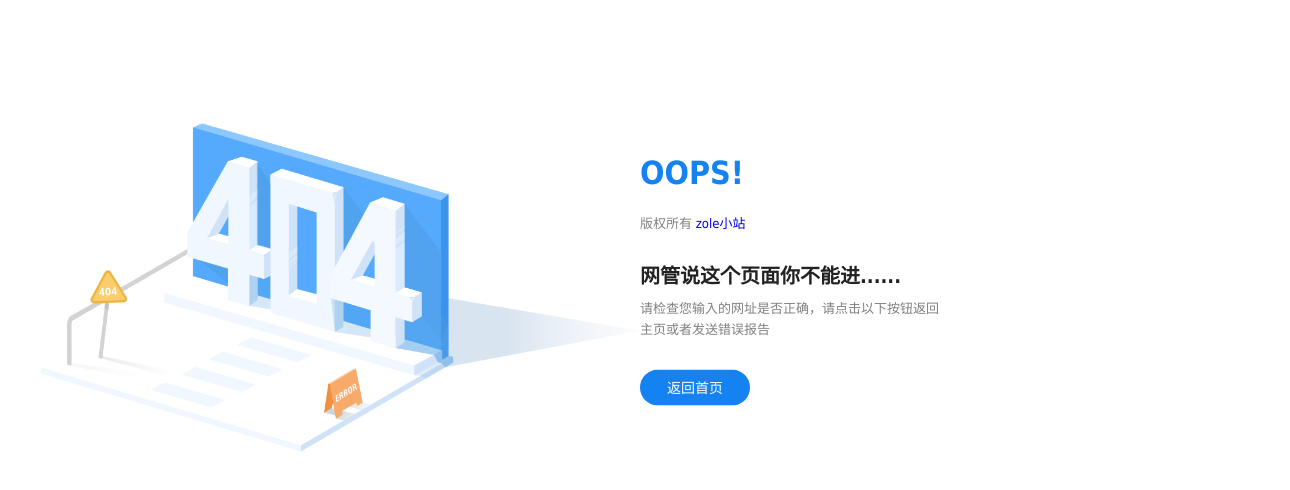
Repository: zoley/take-out-food
Page: /404
An editor plug-in stored every save of this project. The page is shown before and after the next save, followed by the edit.
The browser window is 1280 px wide. The page is 1290 px wide, so the pictures cover 1290 px, including what lies to the right of the window. The pictures show the whole page.
The project was rebuilt for these pictures with package versions that can differ from the ones it lists, and the page was loaded fresh each time. Also part of the build but not shown: vue.config.js, src/views/layout/index.vue, src/views/goods/index.vue, src/assets/css/base.css.

Above is the page before, as saved 2019-11-03 00:07:42.

### public/index.html
<!DOCTYPE html>
<html lang="en">
  <head>
    <meta charset="utf-8">
    <meta http-equiv="X-UA-Compatible" content="IE=edge">
    <meta name="viewport" content="width=device-width,initial-scale=1.0">
    <link rel="icon" href="<%= BASE_URL %>favicon.ico">
    <title>take-out-food</title>
  </head>
  <body>
    <noscript>
      <strong>We're sorry but take-out-food doesn't work properly without JavaScript enabled. Please enable it to continue.</strong>
    </noscript>
    <div id="app"></div>
    <!-- built files will be auto injected -->
  </body>
</html>

### src/main.js
import Vue from 'vue'
import App from './App.vue'
import './registerServiceWorker'
import router from './router'
import store from './store'

import './assets/css/reset.css' //格式化样式
import './assets/css/base.css' //全局样式

Vue.config.productionTip = false

new Vue({
  router,
  store,
  render: h => h(App)
}).$mount('#app')

### src/App.vue
<template>
  <div id="app">
    <router-view></router-view>
  </div>
</template>
<script>
export default{
}
</script>
<style scoped lang="scss">

</style>

### src/router/index.js
import Vue from 'vue'
import VueRouter from 'vue-router'
import Layout from '../views/layout/index'
import Goods from '../views/goods/index'

Vue.use(VueRouter)

const routes = [
  {
    path: '/404',
    component: () => import('../views/errorPage/404'),
    hidden: true
  },
  {
    path: '/',
    redirect:'/goods',
    component: Layout,
    children:[
      {
        path: '/goods',
        name: 'goods',
        component: Goods,
      },
      {
        path: '/ratings',
        name: 'ratings',
        component: () => import('../views/ratings/index')
      },
      {
        path: '/seller',
        name: 'seller',
        component: () => import('../views/seller/index')
      },
    ]
  },
  { path: '*', redirect: '/404', hidden: true }
]

const router = new VueRouter({
  mode: 'history',
  base: process.env.BASE_URL,
  routes
})

export default router

### src/assets/css/reset.css
/*---格式化-reset----*/
body,h1,h2,h3,h4,h5,h6,hr,p,blockquote,dl,dt,dd,ul,ol,li,pre,fieldset,lengend,button,input,textarea,th,td{margin:0;padding:0}
body,button,input,select,textarea{font:12px/1 'Microsoft Yahei',Tahoma,Helvetica,Arial,"\5b8b\4f53",sans-serif}
h1{font-size:18px}
h2{font-size:16px}
h3{font-size:14px}
h4,h5,h6{font-size:100%}
address,cite,dfn,em,var{font-style:normal}
code,kbd,pre,samp,tt{font-family:"Courier New",Courier,monospace}
small{font-size:12px}
ul,ol{list-style:none}
a{text-decoration:none}
a:hover{text-decoration:underline}
abbr[title],acronym[title]{border-bottom:1px dotted;cursor:help}
q:before,q:after{content:''}
legend{color:#000}
fieldset,img{border:none}
button,input,select,textarea{font-size:100%}
table{border-collapse:collapse;border-spacing:0}
hr{border:none;height:1px}
html{overflow-y:scroll}

### src/views/errorPage/404.vue
<template>
  <div class="wscn-http404-container">
    <div class="wscn-http404">
      <div class="pic-404">
        <img class="pic-404__parent" src="@/assets/404_images/404.png" alt="404">
        <img class="pic-404__child left" src="@/assets/404_images/404_cloud.png" alt="404">
        <img class="pic-404__child mid" src="@/assets/404_images/404_cloud.png" alt="404">
        <img class="pic-404__child right" src="@/assets//404_images/404_cloud.png" alt="404">
      </div>
      <div class="bullshit">
        <div class="bullshit__oops">OOPS!</div>
        <div class="bullshit__info">版权所有
          <a class="link-type" href="http://zoley.me/blog.php" target="_blank">zole小站</a>
        </div>
        <div class="bullshit__headline">{{ message }}</div>
        <div class="bullshit__info">请检查您输入的网址是否正确，请点击以下按钮返回主页或者发送错误报告</div>
        <router-link to="/" class="bullshit__return-home">返回首页</router-link>
      </div>
    </div>
  </div>
</template>

<script>

export default {
  name: 'Page404',
  computed: {
    message() {
      return '网管说这个页面你不能进......'
    }
  }
}
</script>

<style rel="stylesheet/scss" lang="scss" scoped>
.wscn-http404-container{
  transform: translate(-50%,-50%);
  position: absolute;
  top: 40%;
  left: 50%;
}
.wscn-http404 {
  position: relative;
  width: 1200px;
  padding: 0 50px;
  overflow: hidden;
  .pic-404 {
    position: relative;
    float: left;
    width: 600px;
    overflow: hidden;
    &__parent {
      width: 100%;
    }
    &__child {
      position: absolute;
      &.left {
        width: 80px;
        top: 17px;
        left: 220px;
        opacity: 0;
        animation-name: cloudLeft;
        animation-duration: 2s;
        animation-timing-function: linear;
        animation-fill-mode: forwards;
        animation-delay: 1s;
      }
      &.mid {
        width: 46px;
        top: 10px;
        left: 420px;
        opacity: 0;
        animation-name: cloudMid;
        animation-duration: 2s;
        animation-timing-function: linear;
        animation-fill-mode: forwards;
        animation-delay: 1.2s;
      }
      &.right {
        width: 62px;
        top: 100px;
        left: 500px;
        opacity: 0;
        animation-name: cloudRight;
        animation-duration: 2s;
        animation-timing-function: linear;
        animation-fill-mode: forwards;
        animation-delay: 1s;
      }
      @keyframes cloudLeft {
        0% {
          top: 17px;
          left: 220px;
          opacity: 0;
        }
        20% {
          top: 33px;
          left: 188px;
          opacity: 1;
        }
        80% {
          top: 81px;
          left: 92px;
          opacity: 1;
        }
        100% {
          top: 97px;
          left: 60px;
          opacity: 0;
        }
      }
      @keyframes cloudMid {
        0% {
          top: 10px;
          left: 420px;
          opacity: 0;
        }
        20% {
          top: 40px;
          left: 360px;
          opacity: 1;
        }
        70% {
          top: 130px;
          left: 180px;
          opacity: 1;
        }
        100% {
          top: 160px;
          left: 120px;
          opacity: 0;
        }
      }
      @keyframes cloudRight {
        0% {
          top: 100px;
          left: 500px;
          opacity: 0;
        }
        20% {
          top: 120px;
          left: 460px;
          opacity: 1;
        }
        80% {
          top: 180px;
          left: 340px;
          opacity: 1;
        }
        100% {
          top: 200px;
          left: 300px;
          opacity: 0;
        }
      }
    }
  }
  .bullshit {
    position: relative;
    float: left;
    width: 300px;
    padding: 30px 0;
    overflow: hidden;
    &__oops {
      font-size: 32px;
      font-weight: bold;
      line-height: 40px;
      color: #1482f0;
      opacity: 0;
      margin-bottom: 20px;
      animation-name: slideUp;
      animation-duration: 0.5s;
      animation-fill-mode: forwards;
    }
    &__headline {
      font-size: 20px;
      line-height: 24px;
      color: #222;
      font-weight: bold;
      opacity: 0;
      margin-bottom: 10px;
      animation-name: slideUp;
      animation-duration: 0.5s;
      animation-delay: 0.1s;
      animation-fill-mode: forwards;
    }
    &__info {
      font-size: 13px;
      line-height: 21px;
      color: grey;
      opacity: 0;
      margin-bottom: 30px;
      animation-name: slideUp;
      animation-duration: 0.5s;
      animation-delay: 0.2s;
      animation-fill-mode: forwards;
    }
    &__return-home {
      display: block;
      float: left;
      width: 110px;
      height: 36px;
      background: #1482f0;
      border-radius: 100px;
      text-align: center;
      color: #ffffff;
      opacity: 0;
      font-size: 14px;
      line-height: 36px;
      cursor: pointer;
      animation-name: slideUp;
      animation-duration: 0.5s;
      animation-delay: 0.3s;
      animation-fill-mode: forwards;
    }
    @keyframes slideUp {
      0% {
        transform: translateY(60px);
        opacity: 0;
      }
      100% {
        transform: translateY(0);
        opacity: 1;
      }
    }
  }
}
@media screen and (max-width: 768px){
  .wscn-http404{
    .pic-404__child{
      display: none;
    }
    .pic-404 {
      width:300px;
      margin:30px auto;
    }
  }
}
</style>

Loaded but not shown: src/registerServiceWorker.js (common file); src/store/index.js (common file)

After the next save:
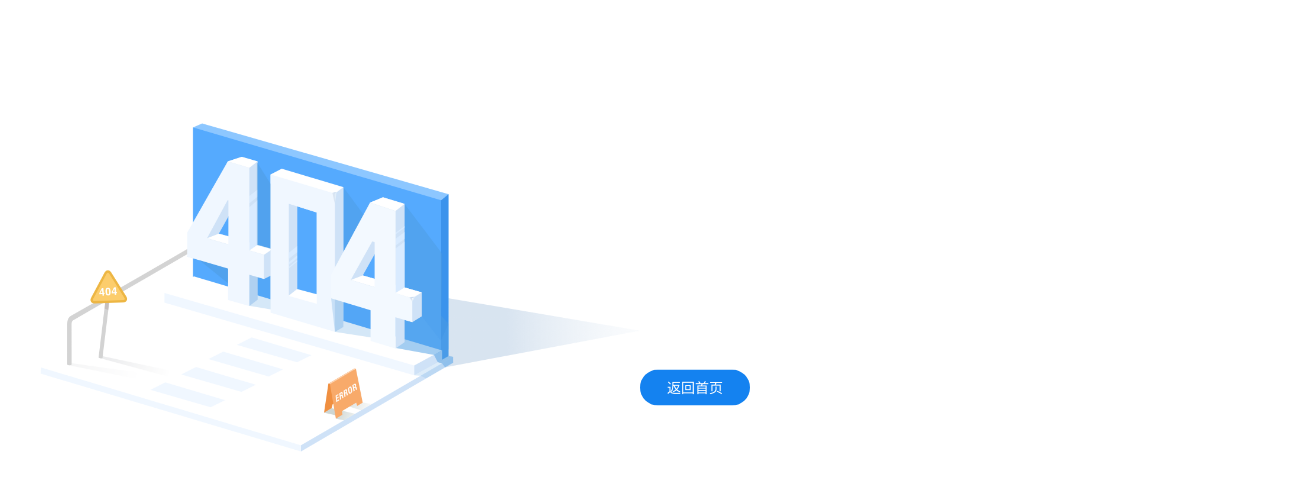
Saved 85 s later.
--- a/src/views/errorPage/404.vue
+++ b/src/views/errorPage/404.vue
@@ -8,12 +8,12 @@
         <img class="pic-404__child right" src="@/assets//404_images/404_cloud.png" alt="404">
       </div>
       <div class="bullshit">
-        <div class="bullshit__oops">OOPS!</div>
-        <div class="bullshit__info">版权所有
-          <a class="link-type" href="http://zoley.me/blog.php" target="_blank">zole小站</a>
+        <div class="bullshit__oops min-none">OOPS!</div>
+        <div class="bullshit__info min-none">版权所有
+          <a class="link-type min-none" href="http://zoley.me/blog.php" target="_blank">zole小站</a>
         </div>
-        <div class="bullshit__headline">{{ message }}</div>
-        <div class="bullshit__info">请检查您输入的网址是否正确，请点击以下按钮返回主页或者发送错误报告</div>
+        <div class="bullshit__headline min-none">{{ message }}</div>
+        <div class="bullshit__info min-none">请检查您输入的网址是否正确，请点击以下按钮返回主页或者发送错误报告</div>
         <router-link to="/" class="bullshit__return-home">返回首页</router-link>
       </div>
     </div>
@@ -234,6 +234,9 @@ export default {
       width:300px;
       margin:30px auto;
     }
+    .min-none{
+      display: none;
+    }
   }
 }
 </style>
